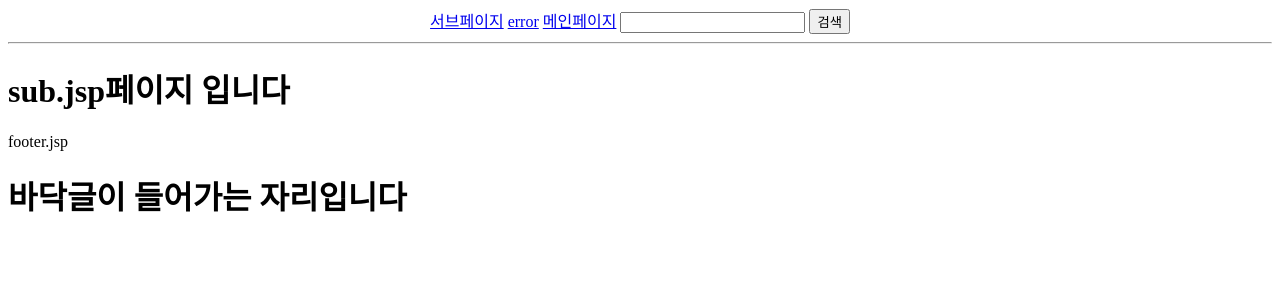
Repository: ryu1917/jsp
Page: http://localhost/jsp02/sub.jsp
An editor plug-in stored every save of this project. The page is shown before and after a run of saves, followed by the edit.
The browser window is 1280 px wide. The pictures show the whole page.
The page is served by Tomcat 9.

Above is the page before, as saved 2021-04-21 08:25:16.

### workspace/jsp02/src/main/webapp/sub.jsp
<%@ page language="java" contentType="text/html; charset=UTF-8"
    pageEncoding="UTF-8"%>
<!DOCTYPE html>
<html>
<head>
<meta charset="UTF-8">
<title>Insert title here</title>
</head>
<body>

<%@ include file="link.jsp" %>
<hr><h1>sub.jsp페이지 입니다</h1>
<%@ include file="footer.jsp" %>
</body>
</html>

### workspace/jsp02/src/main/webapp/link.jsp
<%@ page language="java" contentType="text/html; charset=UTF-8"
    pageEncoding="UTF-8"%>
<!DOCTYPE html>
<html>
<head>
<meta charset="UTF-8">
<title>Insert title here</title>
</head>
<body >
<div align="center">
<a href="sub.jsp">서브페이지</a>
<a href="error/error.jsp">error</a>
<a href="main.jsp">메인페이지</a>
<input type="text">
<button>검색</button>
</div>
</body>
</html>

### workspace/jsp02/src/main/webapp/footer.jsp
<%@ page language="java" contentType="text/html; charset=UTF-8"
    pageEncoding="UTF-8"%>
<!DOCTYPE html>
<html>
<head>
<meta charset="UTF-8">
<title>Insert title here</title>
</head>
<body>footer.jsp<br>
<h1>바닥글이 들어가는 자리입니다</h1>

</body>
</html>

After the next 2 saves:
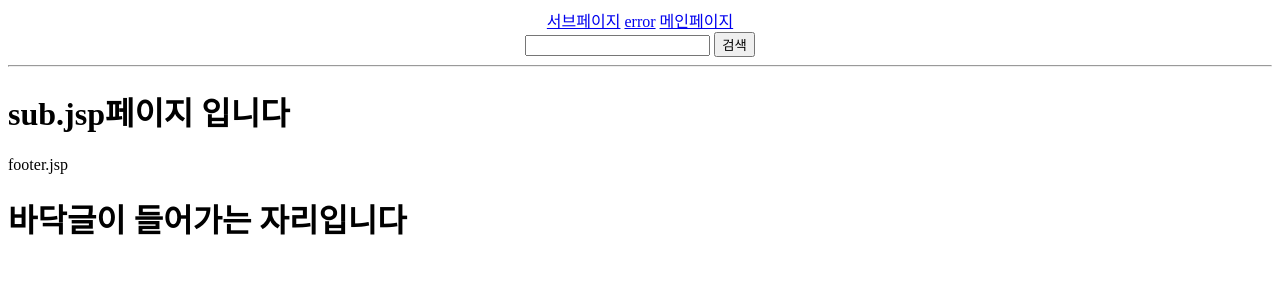
The 2 saves are shown as one change because they came seconds apart.
The last was saved 37 min 37 s later.
--- a/workspace/jsp02/src/main/webapp/link.jsp
+++ b/workspace/jsp02/src/main/webapp/link.jsp
@@ -10,7 +10,7 @@
 <div align="center">
 <a href="sub.jsp">서브페이지</a>
 <a href="error/error.jsp">error</a>
-<a href="main.jsp">메인페이지</a>
+<a href="main.jsp">메인페이지</a><br>
 <input type="text">
 <button>검색</button>
 </div>
